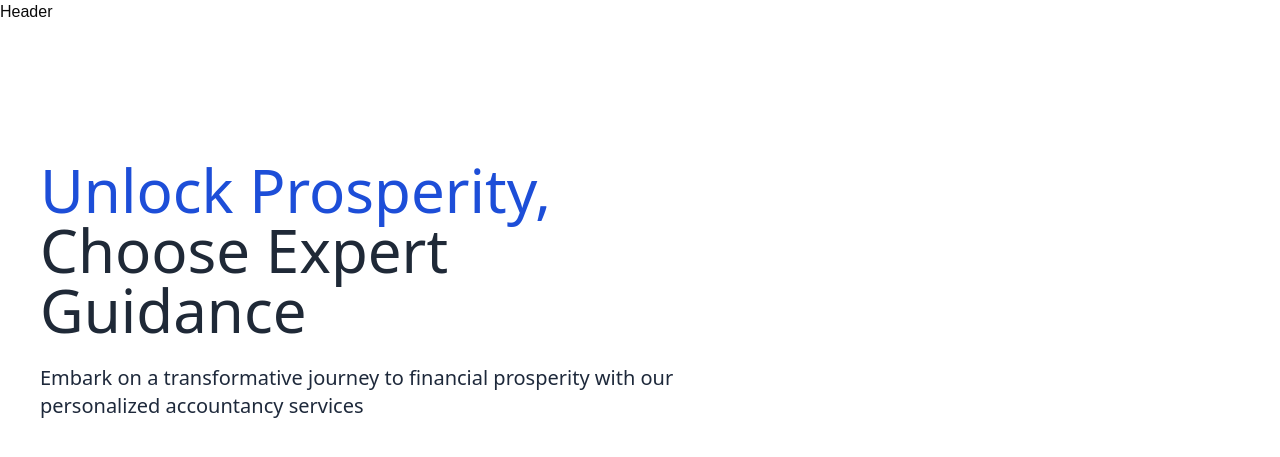
Repository: vespersolutionspk18/integrast-website
Page: /
These files come from the project's save history. The page is drawn as it stood at one moment and after the next save; the edit follows.
The browser window is 1280 px wide. The pictures show the whole page.
The project was rebuilt for these pictures with package versions that can differ from the ones it lists, and the page was loaded fresh each time. The framework's server and built-in components were replaced by stand-ins that run in the browser. Also part of the build but not shown: next.config.ts.

Above is the page before, as saved 2024-12-09 14:46:41.

After the next save:
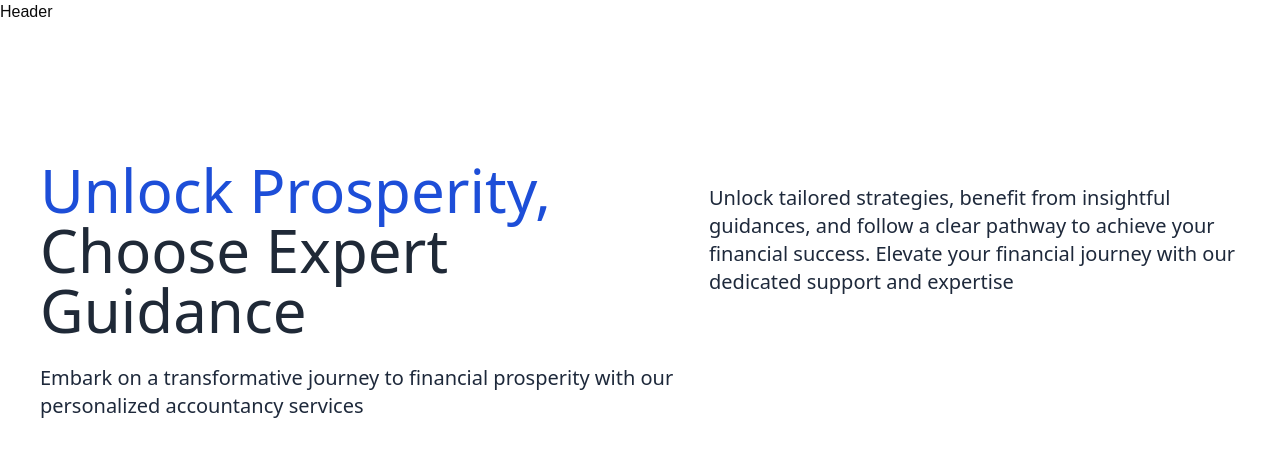
Saved 65 s later.
--- a/app/Hero.tsx
+++ b/app/Hero.tsx
@@ -8,7 +8,9 @@ const Hero = () => {
                 <h1 className="font-light font-sans text-6xl text-blue-700">Unlock Prosperity, <span className="text-gray-800">Choose Expert Guidance</span></h1>
                 <h4 className="text-xl font-sans text-slate-800 mt-6">Embark on a transformative journey to financial prosperity with our personalized accountancy services</h4>
             </div>
-            <div className="w-[45%]"></div>
+            <div className="w-[45%]">
+                <h4 className="text-xl font-sans text-slate-800 mt-6">Unlock tailored strategies, benefit from insightful guidances, and follow a clear pathway to achieve your financial success. Elevate your financial journey with our dedicated support and expertise</h4>
+            </div>
         </div>
     </div>
   )
